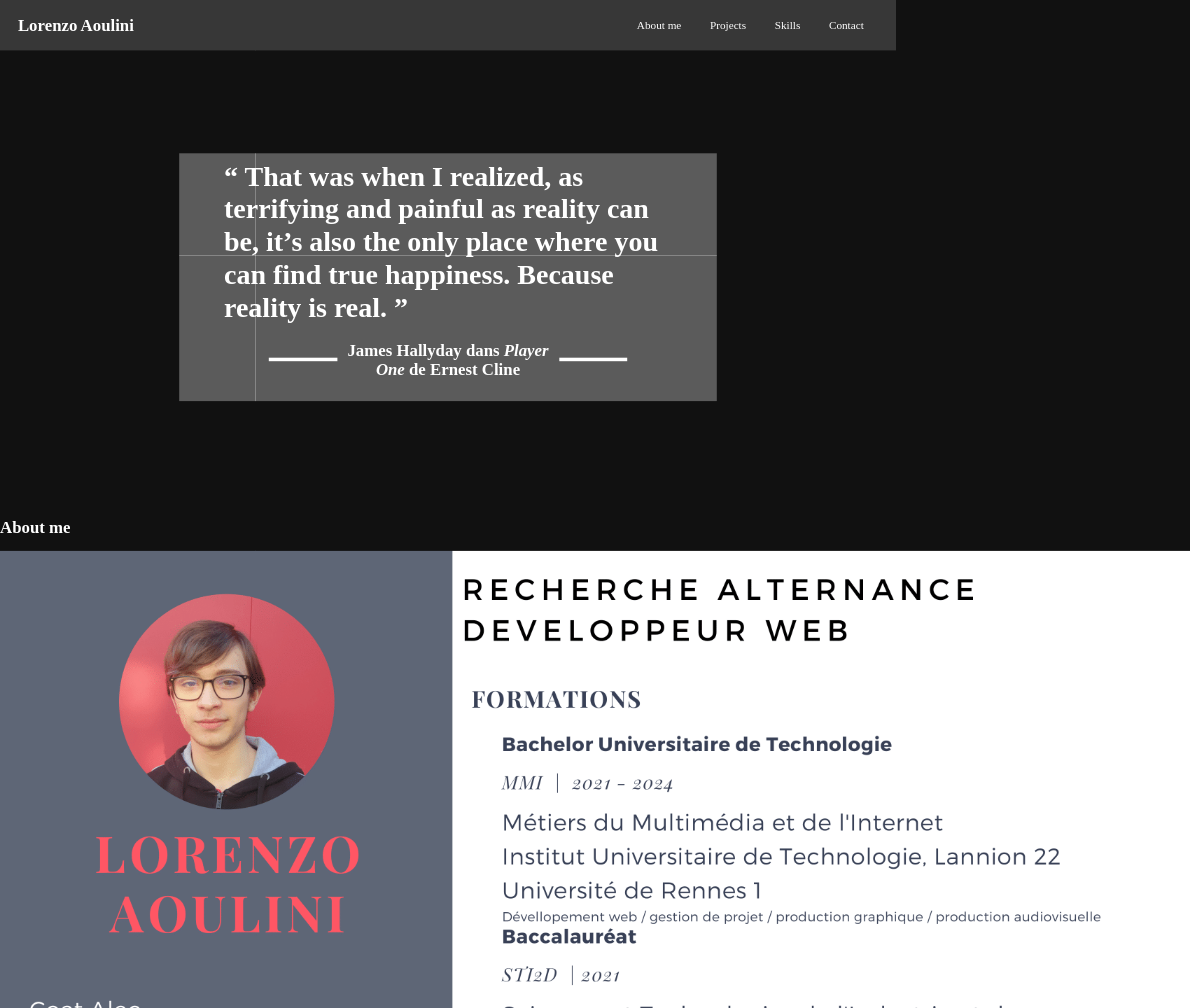
Repository: lolo298/lolo298.github.io
Page: index.html
An editor plug-in stored every save of this project. The page is shown before and after a run of saves, followed by the edit.
The browser window is 1280 px wide. The page is 1700 px wide, so the pictures cover 1700 px, including what lies to the right of the window. The pictures show the part of the page from y = 0 to 1440 px (the page is 3043 px tall before and 3075 px after), at 70% of full size.

Above is the page before, as saved 2022-05-11 12:29:53.

### index.html
<!DOCTYPE html>
<html lang="en">

<head>
    <meta charset="UTF-8">
    <meta http-equiv="X-UA-Compatible" content="IE=edge">
    <meta name="viewport" content="width=device-width, initial-scale=1.0">
    <link rel="stylesheet" href="css/style.css">
    <script src="js/functions.js"></script>
    <script src="js/particles.js"></script>
    <title>Portfolio</title>
</head>

<body>
    <div id="particles"></div>
    <div class="main-container">
        <nav class="main-navbar">
            <h1>Lorenzo Aoulini</h1>
            <div class="main-navbar-list">
                <a class="main-navbar-item" href="#">
                    <div>Contact</div>
                </a>
                <a class="main-navbar-item" href="#">
                    <div>Skills</div>
                </a>
                <a class="main-navbar-item" href="#">
                    <div>Projects</div>
                </a>
                <a class="main-navbar-item" href="#">
                    <div>About me</div>
                </a>
            </div>

        </nav>
        <div class="landing">
            <div class="quote-container">
                <div class="quote-text">
                    <q>
                    That was when I realized, as terrifying and painful as reality can be, it’s also the only place where you can find true happiness. Because reality is real.
                </q>
                </div>
                <div class="author">
                    <div class="author-separation"></div>
                    <div class="author-content">
                        <p>
                            James Hallyday dans
                            <cite>Player One</cite> de Ernest Cline
                        </p>
                    </div>
                    <div class="author-separation"></div>
                </div>

            </div>

        </div>
        <div class="about">
            <div class="title">
                <div class="title-content">
                    <div>
                        <h2>About me</h2>
                    </div>
                </div>
                <div class="title-underline"></div>
            </div>
            <div class="about-content">
                <div class="cv">
                    <img src="assets/cv.png" alt="mon CV">
                </div>
                <div class="presentation">
                    <p>
                        Lorenzo Aoulini is a web developer with a passion for creating beautiful and functional websites. He is currently working as a freelancer and is currently learning how to code. He is also a student of the web development course at the University of Technology
                        in Lannion.
                    </p>
                </div>
            </div>

</body>

</html>

### css/style.css
    html {
        background-color: #111111;
    }

    body {
        padding: 0;
        margin: 0;
        width: 100vw;
        height: 100vh;
    }
    /*-------------------*/
    /* styling of navbar */
    /*-------------------*/

    .main-container {
        z-index: 1;
        color: white;
        height: 100%;
        width: 100%;
    }

    .main-navbar {
        background-color: #373737;
        height: 10%;
        width: 100%;
        display: flex;
        justify-content: space-between;
        align-items: center;
    }

    .main-navbar>* {
        margin: 0;
    }

    .main-navbar>h1 {
        width: 20%;
        margin-left: 2%;
    }

    .main-navbar-list {
        width: 100%;
        display: flex;
        flex-direction: row-reverse;
        align-items: center;
        list-style: none;
        margin-right: 2%;
        height: 100%;
    }

    .main-navbar-item {
        display: flex;
        align-items: center;
        justify-content: center;
        text-decoration: none;
        color: white;
        width: max-content;
        height: 100%;
        padding: 0% 2% 0% 2%;
    }

    .main-navbar-item:hover {
        background-color: #6A6A6A;
    }

    .main-navbar-item>div {
        width: max-content;
    }
    /*-------------------------*/
    /* styling of landing page */
    /*-------------------------*/

    .landing {
        height: 90%;
        width: 100%;
        display: flex;
        justify-content: center;
        align-items: center;
    }
    /*------------------*/
    /* styling of quote */
    /*------------------*/

    .quote-container {
        width: 50%;
        height: 35%;
        padding: 5%;
        margin: auto;
        display: flex;
        justify-content: center;
        align-items: center;
        flex-direction: column;
        background-color: rgba(196, 196, 196, 0.42);
        z-index: 10;
    }

    .quote-text {
        font-size: 2.5em;
        font-weight: bold;
    }

    .author-content {
        font-size: 1.5em;
        font-weight: bold;
        text-align: center;
    }

    .author {
        width: 80%;
        display: flex;
        flex-direction: row;
        justify-content: space-between;
        align-items: center;
    }

    .author-separation {
        width: 30%;
        height: 4%;
        background-color: white;
    }

    #particles canvas {
        display: block;
        /* vertical-align: bottom;
        -webkit-transform: scale(1);
        -ms-transform: scale(1);
        transform: scale(1);
        opacity: 1;
        -webkit-transition: opacity .8s ease, -webkit-transform 1.4s ease;
        transition: opacity .8s ease, transform 1.4s ease */
    }

    #particles {
        width: 100%;
        height: 100%;
        position: fixed;
        z-index: -10;
        top: 0;
        left: 0
    }

### js/functions.js
            /* particlesJS background */
            function particlesJS() {
                particlesJS.load('particles', 'assets/particles.json', function() {
                    console.log('callback - particles.js config loaded');
                });
            }

Loaded but not shown: js/particles.js (1530 lines, source omitted)

After the next 2 saves:
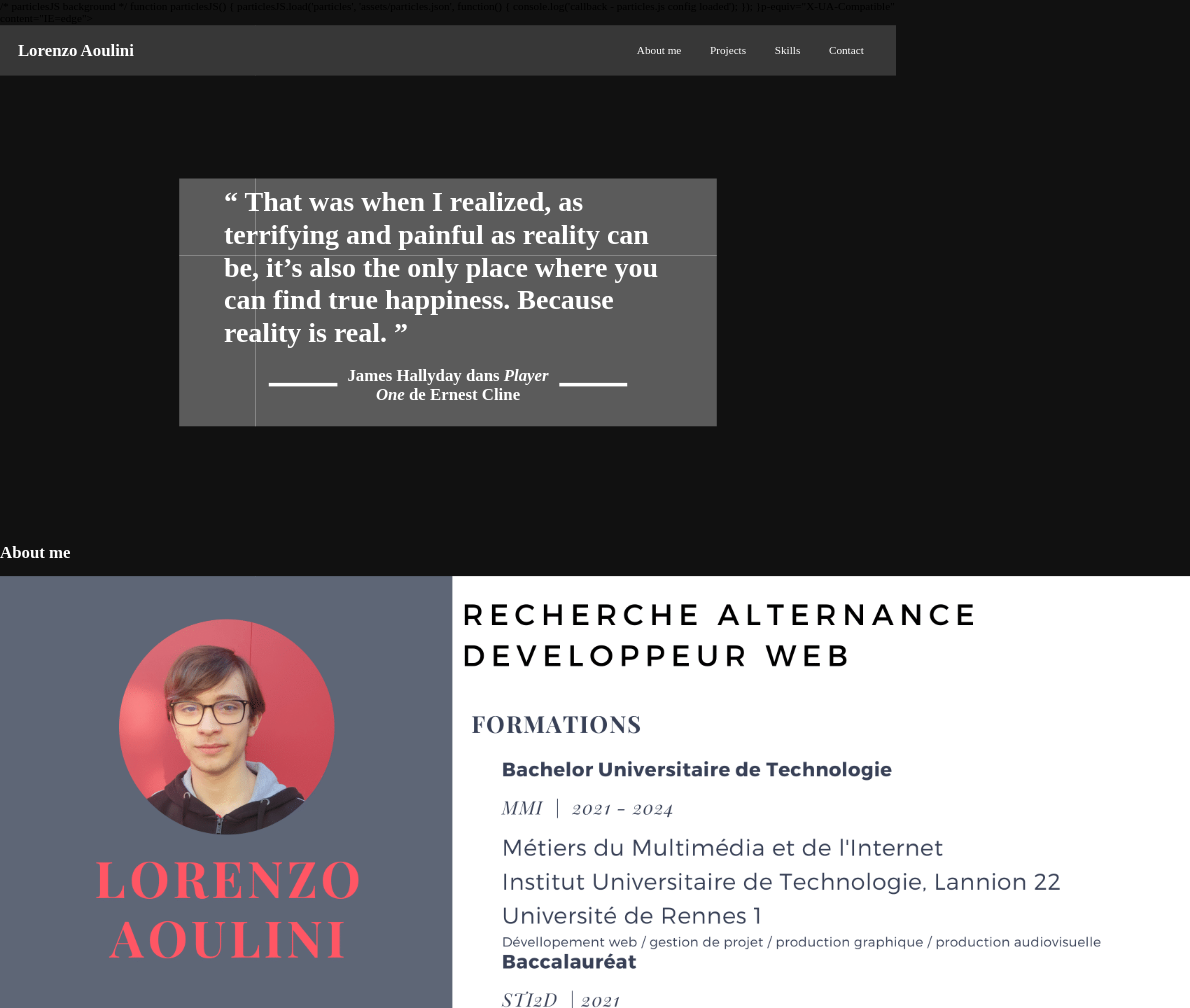
The 2 saves are shown as one change because they came seconds apart.
The last was saved 23 s later.
--- a/index.html
+++ b/index.html
@@ -1,18 +1,13 @@
-<!DOCTYPE html>
-<html lang="en">
-
-<head>
-    <meta charset="UTF-8">
-    <meta http-equiv="X-UA-Compatible" content="IE=edge">
-    <meta name="viewport" content="width=device-width, initial-scale=1.0">
-    <link rel="stylesheet" href="css/style.css">
-    <script src="js/functions.js"></script>
-    <script src="js/particles.js"></script>
-    <title>Portfolio</title>
+ /* particlesJS background */ function particlesJS() { particlesJS.load('particles', 'assets/particles.json', function() { console.log('callback - particles.js config loaded'); }); }p-equiv="X-UA-Compatible" content="IE=edge">
+<meta name="viewport" content="width=device-width, initial-scale=1.0">
+<link rel="stylesheet" href="css/style.css">
+<script src="js/functions.js"></script>
+<script src="js/particles.js"></script>
+<title>Portfolio</title>
 </head>
 
 <body>
-    <div id="particles"></div>
+    <div id="particles" onload="particlesJS()"></div>
     <div class="main-container">
         <nav class="main-navbar">
             <h1>Lorenzo Aoulini</h1>
